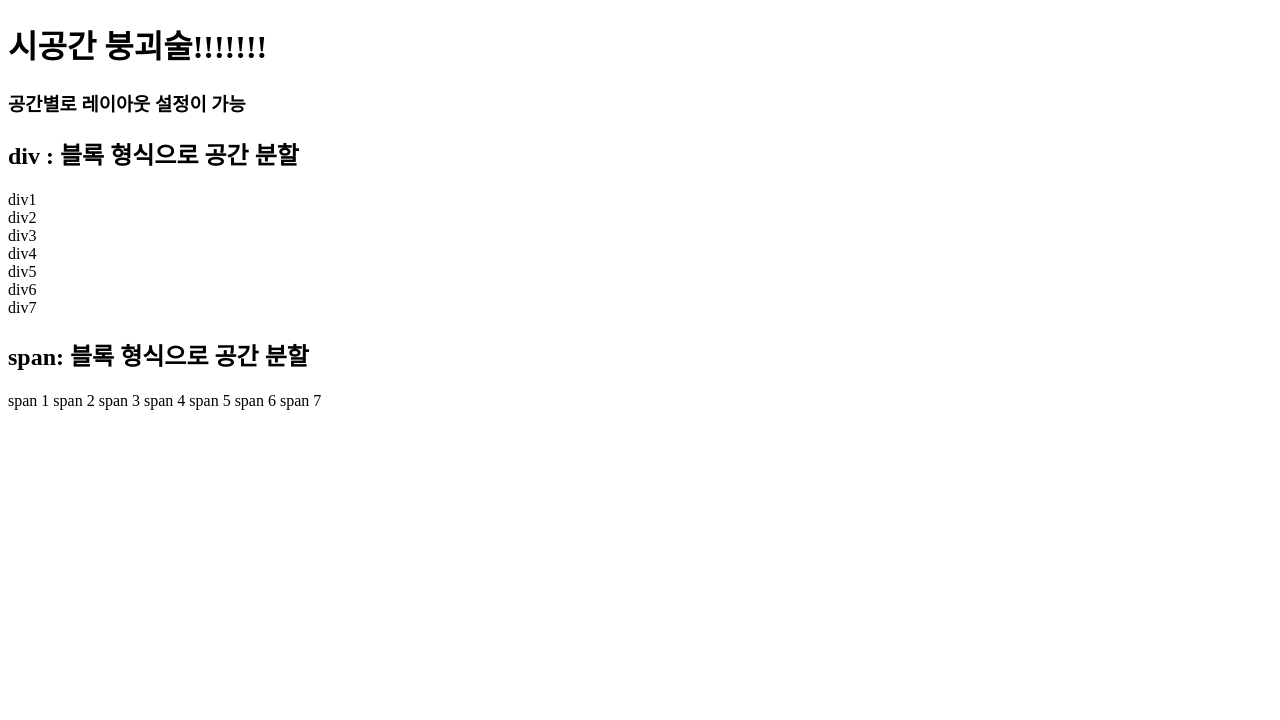
Repository: LucestDail/WebEclipse-Workspace
Page: htmlProject/WebContent/htmlEx8.html
The author's editor kept a copy of each file at every save. The page is drawn from the files as they stood at one save, then again after the next save.
The browser window is 1280 px wide. The pictures show the whole page.

Above is the page before, as saved 2020-11-05 07:27:25.

After the next save:
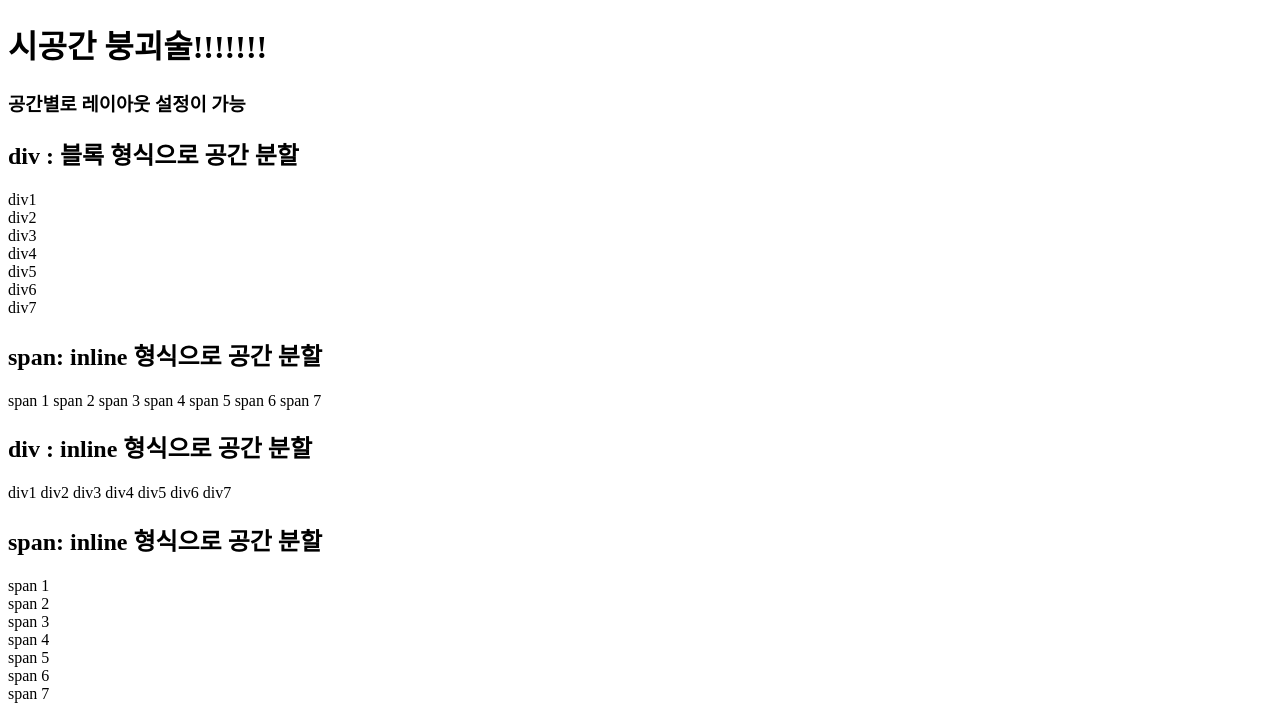
Saved 18 h 33 min later.
--- a/htmlProject/WebContent/htmlEx8.html
+++ b/htmlProject/WebContent/htmlEx8.html
@@ -15,7 +15,7 @@
 <div>div5</div>
 <div>div6</div>
 <div>div7</div>
-<h2>span: 블록 형식으로 공간 분할</h2>
+<h2>span: inline 형식으로 공간 분할</h2>
 <span>span 1</span>
 <span>span 2</span>
 <span>span 3</span>
@@ -24,5 +24,22 @@
 <span>span 6</span>
 <span>span 7</span>
 
+<h2> div : inline 형식으로 공간 분할</h2>
+<div style = "display:inline">div1</div>
+<div style = "display:inline">div2</div>
+<div style = "display:inline">div3</div>
+<div style = "display:inline">div4</div>
+<div style = "display:inline">div5</div>
+<div style = "display:inline">div6</div>
+<div style = "display:inline">div7</div>
+
+<h2>span: inline 형식으로 공간 분할</h2>
+<span style="display:block">span 1</span>
+<span style="display:block">span 2</span>
+<span style="display:block">span 3</span>
+<span style="display:block">span 4</span>
+<span style="display:block">span 5</span>
+<span style="display:block">span 6</span>
+<span style="display:block">span 7</span>
 </body>
 </html>
